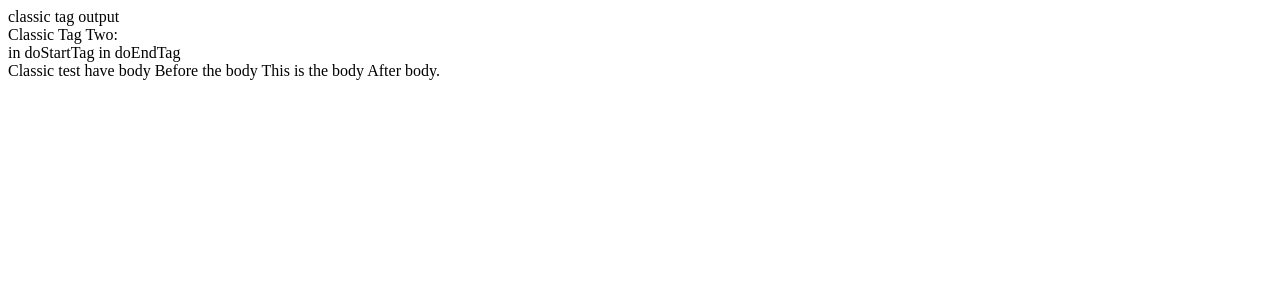
Repository: Freshield/GAEJSP
Page: http://localhost/Chp10.2/SimpleTagTest.jsp
An editor plug-in stored every save of this project. The page is shown before and after the next save, followed by the edit.
The browser window is 1280 px wide. The pictures show the whole page.
The page is served by Tomcat 9. Other server files are loaded and not shown.

Above is the page before, as saved 2016-04-02 21:18:23.

### real-headfirst/Chp10.2/WebContent/SimpleTagTest.jsp
<%@ page language="java" contentType="text/html; charset=ISO-8859-1"
    pageEncoding="ISO-8859-1"%>
<%@ taglib prefix="mine" uri="KathyClassicTags" %>
<!DOCTYPE html PUBLIC "-//W3C//DTD HTML 4.01 Transitional//EN" "http://www.w3.org/TR/html4/loose.dtd">
<html>
<head>
<meta http-equiv="Content-Type" content="text/html; charset=ISO-8859-1">
<title>Insert title here</title>
</head>
<body>
	<mine:classicOne/><br>
	Classic Tag Two:<br>
	<mine:classicTwo/><br>
	Classic test have body
	<mine:classicTest>
		This is the body
	</mine:classicTest>

</body>
</html>

### real-headfirst/Chp10.2/src/foo/Classic1.java
package foo;

import javax.servlet.jsp.*;
import javax.servlet.jsp.tagext.*;

import java.io.*;

public class Classic1 extends TagSupport{

	public int doStartTag() throws JspException{

		JspWriter out = pageContext.getOut();

		try{
			out.println("classic tag output");
		}catch(IOException ex){
			throw new JspException("IOException-"+ex.toString());
		}
		return SKIP_BODY;
	}

}

### real-headfirst/Chp10.2/src/foo/Classic2.java
package foo;

import javax.servlet.jsp.*;
import javax.servlet.jsp.tagext.*;

import java.io.*;

public class Classic2 extends TagSupport{
	JspWriter out;


	public int doStartTag() throws JspException{

		out = pageContext.getOut();

		try{
			out.println("in doStartTag ");
		}catch(IOException ex){
			throw new JspException("IOException-"+ex.toString());
		}
		return SKIP_BODY;
	}

	public int doEndTag() throws JspException{

		try{
			out.println("in doEndTag");
		}catch(IOException ex){
			throw new JspException("IOException-"+ex.toString());
		}
		return EVAL_PAGE;


	}

}

### real-headfirst/Chp10.2/src/foo/ClassicTest.java
package foo;

import javax.servlet.jsp.*;
import javax.servlet.jsp.tagext.*;

import java.io.*;

public class ClassicTest extends TagSupport{
	JspWriter out;


	public int doStartTag() throws JspException{

		out = pageContext.getOut();

		try{
			out.println(" Before the body");
		}catch(IOException ex){
			throw new JspException("IOException-"+ex.toString());
		}
		return EVAL_BODY_INCLUDE;
	}

	public int doEndTag() throws JspException{

		try{
			out.println(" After body.");
		}catch(IOException ex){
			throw new JspException("IOException-"+ex.toString());
		}
		return EVAL_PAGE;


	}

}

### real-headfirst/Chp10.2/src/foo/MyIteratorTag.java
package foo;

import javax.servlet.jsp.*;
import javax.servlet.jsp.tagext.*;

import java.io.*;

public class MyIteratorTag extends TagSupport{
	JspWriter out;

	String[] movies = {"Spiderman","Saved","Amelie"};


	public int doStartTag() throws JspException{

		out = pageContext.getOut();

		try{
			out.println(" Before the body");
		}catch(IOException ex){
			throw new JspException("IOException-"+ex.toString());
		}
		return EVAL_BODY_INCLUDE;
	}

	public int doEndTag() throws JspException{

		try{
			out.println(" After body.");
		}catch(IOException ex){
			throw new JspException("IOException-"+ex.toString());
		}
		return EVAL_PAGE;


	}

}

After the next save:
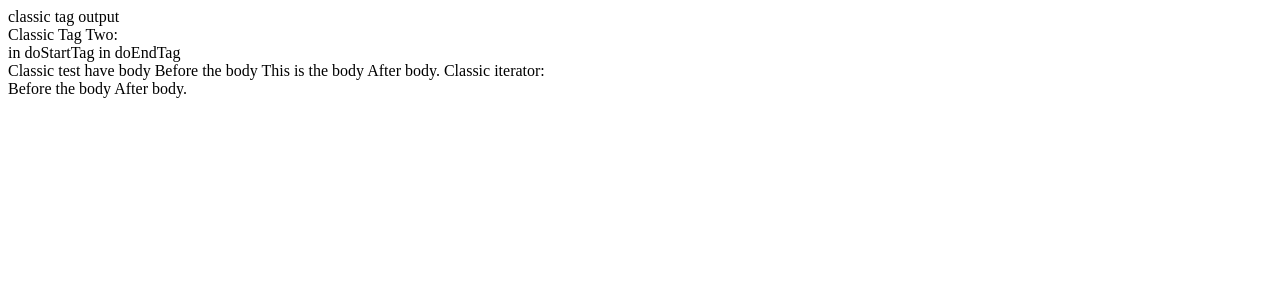
Saved 108 s later.
--- a/real-headfirst/Chp10.2/WebContent/SimpleTagTest.jsp
+++ b/real-headfirst/Chp10.2/WebContent/SimpleTagTest.jsp
@@ -15,6 +15,10 @@
 	<mine:classicTest>
 		This is the body
 	</mine:classicTest>
+	Classic iterator:<br>
+	<mine:classicItrator>
+		${ movie }
+	</mine:classicItrator>
 
 </body>
 </html>
